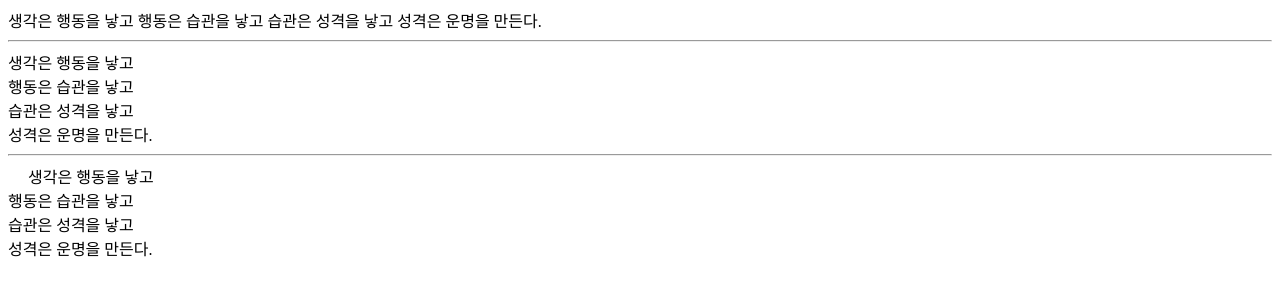
Repository: AkaKSR/Java_Convergence_New
Page: HTML0826/WebContent/Ex02.html
The author's editor kept a copy of each file at every save. The page is drawn from the files as they stood at one save, then again after the next save.
The browser window is 1280 px wide. The pictures show the whole page.

Above is the page before, as saved 2019-08-26 06:31:56.

### HTML0826/WebContent/Ex02.html
<!DOCTYPE html>
<html>
<head>
<meta charset="UTF-8">
<title>태그 연습</title>
</head>
<body>
	생각은 행동을 낳고
		   행동은 습관을 낳고
				  습관은 성격을 낳고
						 성격은 운명을 만든다.
<hr />
	생각은 행동을 낳고<br />
		   행동은 습관을 낳고<br />
				  습관은 성격을 낳고<br />
						 성격은 운명을 만든다.
<hr />
&nbsp;&nbsp;&nbsp;&nbsp;
	생각은 행동을 낳고<br />
		   행동은 습관을 낳고<br />
				  습관은 성격을 낳고<br />
						 성격은 운명을 만든다.

</body>
</html>

After the next save:
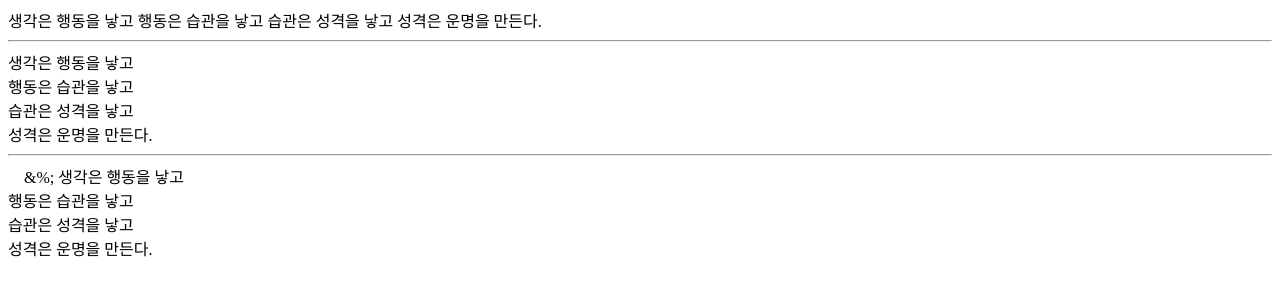
Saved 35 s later.
--- a/HTML0826/WebContent/Ex02.html
+++ b/HTML0826/WebContent/Ex02.html
@@ -15,7 +15,7 @@
 				  습관은 성격을 낳고<br />
 						 성격은 운명을 만든다.
 <hr />
-&nbsp;&nbsp;&nbsp;&nbsp;
+&nbsp;&nbsp;&nbsp;&nbsp;&%;
 	생각은 행동을 낳고<br />
 		   행동은 습관을 낳고<br />
 				  습관은 성격을 낳고<br />
